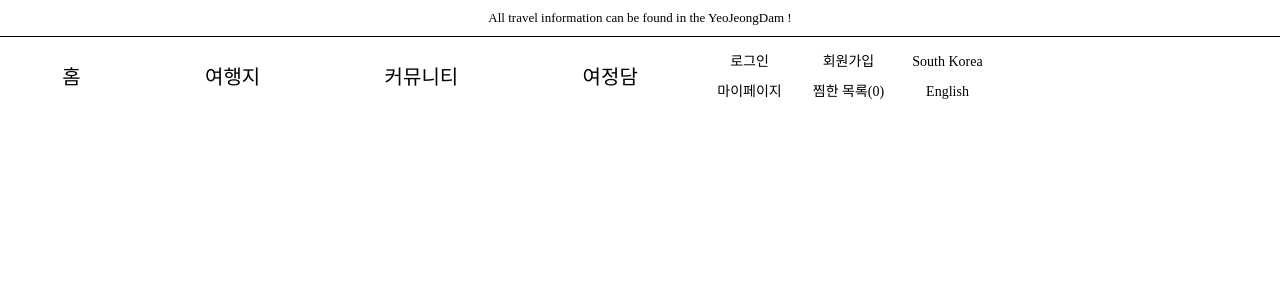
Repository: gaeunlee95/semi
Page: http://localhost/semi/main.jsp
These files come from the project's save history. The page is drawn as it stood at one moment and after the next save; the edit follows.
The browser window is 1280 px wide. The pictures show the whole page.
The page is served by Tomcat 9.

Above is the page before, as saved 2023-12-06 16:55:56.

### semi/src/main/webapp/main.jsp
<%@ page language="java" contentType="text/html; charset=UTF-8"
    pageEncoding="UTF-8"%>
<!DOCTYPE html>
<html>
<head>
<meta charset="UTF-8">
<title>메인 페이지</title>
<link rel="stylesheet" href="resources/css/style.css">
<style>
/* *{
	color: blue;
} */
</style>
</head>
<body>
	<jsp:include page="header.jsp" />
</body>
</html>

### semi/src/main/webapp/header.jsp
<%@ page language="java" contentType="text/html; charset=UTF-8"
    pageEncoding="UTF-8"%>
<%@ taglib uri="http://java.sun.com/jsp/jstl/core" prefix="c" %>
<header>
	<div id = "header">
		<div id="welcome">
			<p>All travel information can be found in the YeoJeongDam !</p>
		</div>
		<nav>
		<div id="menu">
			<div id="mainMenu">
				<ul>
					<li><a href="#">홈</a></li>
					<li><a href="#">여행지</a></li>
					<li><a href="#">커뮤니티</a></li>
					<li><a href="#">여정담</a></li>
				</ul>
			</div>
			<div id="sideMenu">
				<ul id="sideMenu_1">
					<li><a href="#">로그인</a></li>
					<li><a href="#">회원가입</a></li>
					<li><a href="#">South Korea</a></li>
				</ul>
				<ul id="sideMenu_2">
					<li><a href="#">마이페이지</a></li>
					<li><a href="#">찜한 목록(0)</a></li>
					<li><a href="#">English</a></li> <!-- 스크롤로 언어(영어/한국) 선택 -->
				</ul>
			</div>
		</div>
		</nav>
	</div>





  <%-- <nav>
  <c:choose>
    <c:when test="${empty sessionId}">
	    <ul id="topMenu">
	  	  <li><a href="/loginform.do">로그인</a></li>
	  	  <li><a href="/joinform.do">회원가입</a></li>
	  	  <li><a href="/boardlist.do">게시판</a></li>
	  	  <li><a href="/memberlist.do">회원목록</a></li>
	  	</ul>
    </c:when>
    <c:otherwise>
    	<ul id="topMenu">
	  	  <li><a href="/logout.do">(${sessionId}님)로그아웃</a></li>
	  	  <li><a href="/memberview.do?id=${sessionId}">나의 정보</a></li>
	  	  <li><a href="/boardlist.do">게시판</a></li>
	  	  <li><a href="/memberlist.do">회원 목록</a></li>
	  	</ul>
    </c:otherwise>
   </c:choose>
  </nav> --%>
</header>

### semi/src/main/webapp/resources/css/style.css
@charset "UTF-8";
/* 공통 스타일 */
*{margin: 0; padding: 0;}
#container{width: 1024px; margin: 30px auto 100px;}
ul li{list-style: none;}
a{text-decoration: none; color: black;}

/* header 스타일 */
header{
	/*width : 1024px;*/
	width: 100%;
	margin : 0 auto;
}
header #welcome{
	text-align: center;
	border-bottom: 1px solid black;
}
header #welcome p{
	padding: 10px 0;
	font-size: 13px;
}
header nav div{	/*각 mainMenu, sideMenu div에 float를 주어 가로정렬*/ /*nav에 float 주면 가로정렬 되지 않음*/
	float: left;
}
header #mainMenu{
	width: 700px;
	line-height: 80px;
}
header #mainMenu ul{
	display: flex;
	justify-content: space-around;
}
header #mainMenu li{
	font-size: 20px;
	color: black;
	/*padding: 0 59px;*/ /* 60px일시, 웹상의 화면비율 조절 시 맨끝 li속성(여정담) 튀어나감 / 원인불명*/
}
header #sideMenu{
	width: 300px;
}
header #sideMenu_1 li a{
	padding-top: 10px;
}
header #sideMenu ul{
	line-height: 30px;
	display: flex;
}
header #sideMenu li{
	font-size: 14px;
	width: 33%;
}
header #sideMenu li a{
	display:flex;
	justify-content: center;
}
header #sideMenu #sideMenu_1 a{
	padding-top: 10px;
}
header #sideMenu #sideMenu_2 a{
	padding-bottom: 10px;
}

/* mainMenu의 경우, li 사이에 동일한 간격을 주기위해 padding 사용 */
/* sideMenu의 경우, padding으로 간격을 줄 시 아래위 li의 위치가 달라짐. 이에 li에 width와 flex요소를 주어 가운데 정렬 시킴 */

/* 구현 1 */
/* 헤더의 width 1024px에서 줄어들 경우, 각 li 사이의 거리 가까워짐*/

/* 구현 2 */
/* mainMenu의 각 li에 마우스 올릴 시, 전체 하위 카테고리 나옴 + 헤더부분의 배경색 변경됨 */
/* mainMenu의 각 li에 마우스 올릴 시, li에 italic, 밑줄표시 */
/* 하단 카테고리 선택 시, 연한 색상 -> 진한 색상으로 변경, italic, 밑줄표시*/

After the next save:
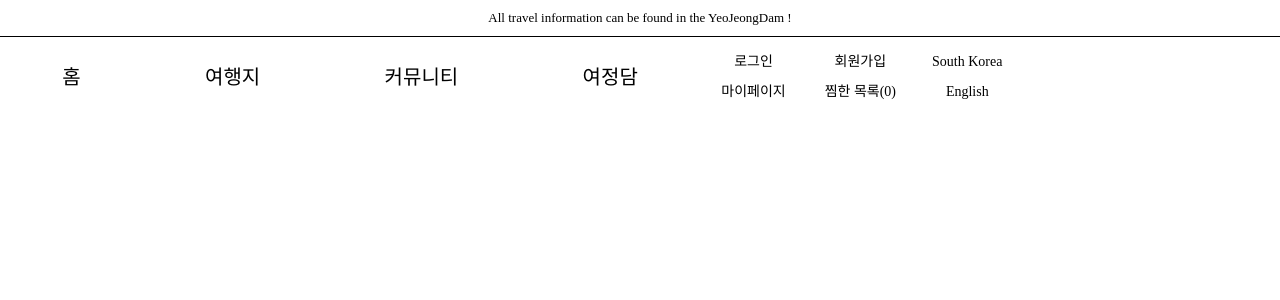
Saved 14 s later.
--- a/semi/src/main/webapp/resources/css/style.css
+++ b/semi/src/main/webapp/resources/css/style.css
@@ -36,7 +36,7 @@ header #mainMenu li{
 	/*padding: 0 59px;*/ /* 60px일시, 웹상의 화면비율 조절 시 맨끝 li속성(여정담) 튀어나감 / 원인불명*/
 }
 header #sideMenu{
-	width: 300px;
+	width: 324px;
 }
 header #sideMenu_1 li a{
 	padding-top: 10px;
